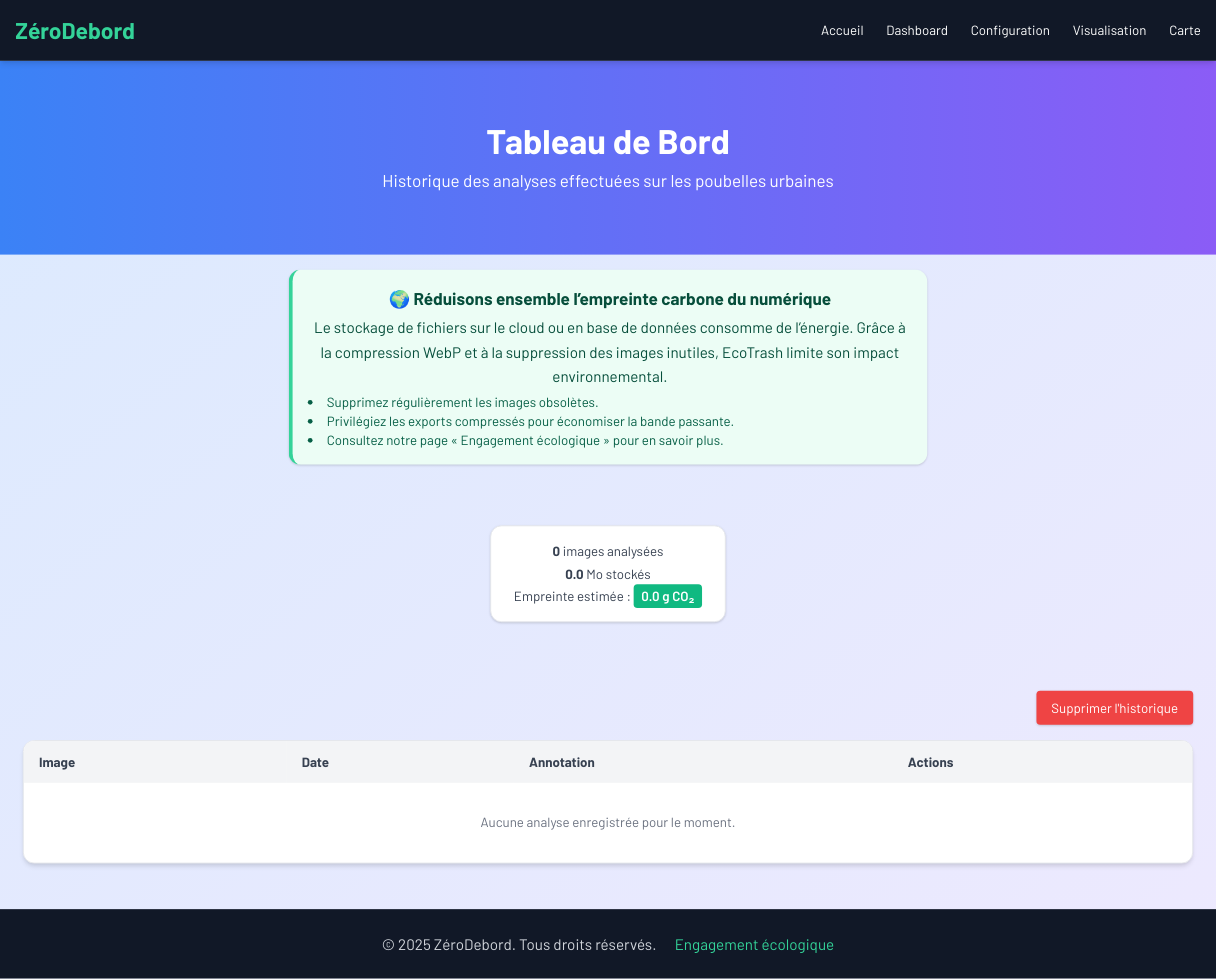
Repository: BaptGBM/MASTERCAMP
Page: http://localhost/dashboard
These files come from the project's save history. The page is drawn as it stood at one moment and after the next save; the edit follows.
The browser window is 1280 px wide. The pictures show the whole page, at 95% of full size.
The page is served by the project's application, run on Flask 3 (app.py). Other server files are loaded and not shown. Queries for data that is not in the repository find no rows.

Above is the page before, as saved 2025-07-08 23:32:43.

### templates/dashboard.html
<!DOCTYPE html>
<html lang="fr">
<head>
  <meta charset="UTF-8" />
  <meta name="viewport" content="width=device-width, initial-scale=1.0" />
  <title>ZéroDebord - Dashboard</title>
  <link href="https://fonts.googleapis.com/css2?family=Barlow:wght@300;400;500;600;700&display=swap" rel="stylesheet">
  <link href="https://cdn.jsdelivr.net/npm/tailwindcss@2.2.19/dist/tailwind.min.css" rel="stylesheet">
  <link rel="stylesheet" href="{{ url_for('static', filename='style.css') }}">
  <style>
    body {
      font-family: 'Barlow', -apple-system, BlinkMacSystemFont, 'Segoe UI', Roboto, sans-serif;
    }
  </style>
</head>
<body class="bg-gradient-to-br from-blue-100 to-purple-100 min-h-screen flex flex-col">

  <!-- HEADER -->
  <header class="bg-gray-900 text-white py-4 shadow-md sticky top-0 z-50">
    <div class="container mx-auto px-4 flex justify-between items-center">
      <a href="{{ url_for('index') }}" class="text-2xl font-bold text-green-400 hover:text-green-300 transition-colors duration-200 no-underline">ZéroDebord</a>
      <nav>
        <ul class="flex gap-6 text-sm">
          <li><a href="{{ url_for('index') }}"  class="hover:underline">Accueil</a></li>
          <a href="{{ url_for('dashboard') }}" class="hover:underline">Dashboard</a>
          <li><a href="{{ url_for('config') }}" class="hover:underline">Configuration</a></li>
          <li><a href="{{ url_for('visualisation') }}" class="hover:underline">Visualisation</a></li>
          <li><a href="{{ url_for('map_view') }}" class="hover:underline">Carte</a></li>


        </ul>
      </nav>
    </div>
  </header>

  <!-- TITRE -->
  <section class="py-16 text-center bg-gradient-to-r from-blue-500 to-purple-500 text-white">
    <h2 class="text-4xl font-bold mb-2">Tableau de Bord</h2>
    <p class="text-lg">Historique des analyses effectuées sur les poubelles urbaines</p>
  </section>

  <section class="py-4 text-center">
    <div class="max-w-2xl mx-auto bg-green-50 border-l-4 border-green-400 text-green-900 p-4 rounded-xl shadow mb-6">
      <h3 class="font-bold text-lg mb-1">🌍 Réduisons ensemble l’empreinte carbone du numérique</h3>
      <p class="mb-1">Le stockage de fichiers sur le cloud ou en base de données consomme de l’énergie. Grâce à la compression WebP et à la suppression des images inutiles, EcoTrash limite son impact environnemental.</p>
      <ul class="list-disc list-inside text-left text-green-800 text-sm">
        <li>Supprimez régulièrement les images obsolètes.</li>
        <li>Privilégiez les exports compressés pour économiser la bande passante.</li>
        <li>Consultez notre page « Engagement écologique » pour en savoir plus.</li>
      </ul>
    </div>
  </section>

<!-- INDICATEUR GREEN IT -->
<section class="text-center my-6">
  <div class="inline-block bg-white rounded-xl shadow px-6 py-4 text-sm text-gray-700 space-y-1 border">
    <p><strong>{{ nb_images }}</strong> images analysées</p>
    <p><strong>{{ volume_mb }}</strong> Mo stockés</p>
    <p>
      Empreinte estimée :
      <span class="font-semibold px-2 py-1 rounded text-white
        {% if co2 < 20 %} bg-green-500
        {% elif co2 < 50 %} bg-yellow-500
        {% else %} bg-red-500
        {% endif %}">
        {{ co2 }} g CO₂
      </span>
    </p>
  </div>
</section>



  <!-- TABLEAU -->
  <main class="container mx-auto px-6 py-12 flex-grow">
    <div class="flex justify-end mb-4">
      <form method="POST" action="{{ url_for('clear_history') }}">
        <button type="submit" class="bg-red-500 hover:bg-red-600 text-white px-4 py-2 text-sm rounded shadow">
           Supprimer l'historique
        </button>
      </form>
    </div>
    <div class="overflow-x-auto bg-white rounded-xl shadow-md border">
      <table class="min-w-full table-auto text-sm text-left">
        <thead class="bg-gray-100 text-gray-700 font-semibold">
          <tr>
            <th class="px-4 py-3">Image</th>
            <th class="px-4 py-3">Date</th>
            <th class="px-4 py-3">Annotation</th>
            <th class="px-4 py-3">Actions</th>
          </tr>
        </thead>
        <tbody class="text-gray-600">
          {% if images.items %}
            {% for image in images.items %}
              <tr class="border-t hover:bg-gray-50">
                <td class="px-4 py-2">
                  <img src="{{ url_for('static', filename='uploads/' + image.filename) }}" alt="img" class="w-16 h-16 object-contain rounded shadow" loading="lazy">
                </td>
                <td class="px-4 py-2">{{ image.date_uploaded.strftime('%d/%m/%Y %H:%M') }}</td>
                <td class="px-4 py-2">
                  <span class="px-2 py-1 rounded text-white {% if image.annotation == 'pleine' %} bg-red-500 {% else %} bg-green-500 {% endif %}">
                    {{ image.annotation | capitalize }}
                  </span>
                </td>
                <td class="px-4 py-2 space-x-2">
                  <a href="{{ url_for('annotate', image_id=image.id, label='pleine') }}" class="text-sm bg-red-100 text-red-600 px-2 py-1 rounded">Pleine</a>
                  <a href="{{ url_for('annotate', image_id=image.id, label='vide') }}" class="text-sm bg-green-100 text-green-600 px-2 py-1 rounded">Vide</a>
                </td>
              </tr>
            {% endfor %}
          {% else %}
            <tr>
              <td colspan="4" class="text-center text-gray-500 px-4 py-8">
                Aucune analyse enregistrée pour le moment.
              </td>
            </tr>
          {% endif %}
        </tbody>
      </table>
    </div>
    {% if images.pages > 1 %}
    <div class="flex justify-center mt-6 gap-1 flex-wrap">
      {% set page_range = [] %}
      {% if images.pages <= 7 %}
        {% set page_range = range(1, images.pages+1) %}
      {% else %}
        {% set page_range = [1, 2] %}
        {% if images.page > 4 %}
          {% set _ = page_range.append('...') %}
        {% endif %}
        {% for p in range(images.page-1, images.page+2) %}
          {% if 2 < p < images.pages-1 %}
            {% set _ = page_range.append(p) %}
          {% endif %}
        {% endfor %}
        {% if images.page < images.pages-3 %}
          {% set _ = page_range.append('...') %}
        {% endif %}
        {% set _ = page_range.extend([images.pages-1, images.pages]) %}
      {% endif %}
      {% if images.has_prev %}
        <a href="{{ url_for('dashboard', page=images.prev_num) }}" class="px-3 py-1 rounded-full bg-gray-200 hover:bg-blue-200 focus:ring-2 focus:ring-blue-400 transition">&laquo;</a>
      {% endif %}
      {% for p in page_range %}
        {% if p == '...' %}
          <span class="px-3 py-1 text-gray-400">...</span>
        {% else %}
          <a href="{{ url_for('dashboard', page=p) }}" class="px-3 py-1 rounded-full mx-0.5 {{ 'bg-blue-600 text-white font-bold shadow' if p==images.page else 'bg-gray-100 hover:bg-blue-100 text-gray-700' }} focus:ring-2 focus:ring-blue-400 transition">{{ p }}</a>
        {% endif %}
      {% endfor %}
      {% if images.has_next %}
        <a href="{{ url_for('dashboard', page=images.next_num) }}" class="px-3 py-1 rounded-full bg-gray-200 hover:bg-blue-200 focus:ring-2 focus:ring-blue-400 transition">&raquo;</a>
      {% endif %}
    </div>
    {% endif %}
  </main>

  <!-- FOOTER -->
  <footer class="bg-gray-900 text-gray-300 py-6 text-center">
    <p>&copy; 2025 ZéroDebord. Tous droits réservés.
      <a href="{{ url_for('engagement') }}" class="text-green-400 hover:underline ml-4">Engagement écologique</a>
    </p>
  </footer>
</body>
</html>

### static/style.css
/* Police Apple - SF Pro Display pour un design Apple */

/* Variables CSS pour la palette écologique moderne */
:root {
  /* Couleurs principales - palette écologique */
  --primary-green: #059669;      /* Vert émeraude principal */
  --primary-green-light: #10b981; /* Vert émeraude clair */
  --primary-green-dark: #047857;  /* Vert émeraude foncé */

  /* Couleurs secondaires - tons naturels */
  --secondary-blue: #0ea5e9;     /* Bleu ciel */
  --secondary-blue-light: #38bdf8; /* Bleu ciel clair */
  --secondary-blue-dark: #0284c7;  /* Bleu ciel foncé */

  /* Couleurs d'accent - terre et nature */
  --accent-orange: #f59e0b;      /* Orange terre */
  --accent-brown: #92400e;       /* Brun terre */
  --accent-sage: #6b7280;        /* Gris sauge */

  /* Couleurs de statut */
  --success-green: #22c55e;      /* Vert succès */
  --warning-amber: #f59e0b;      /* Ambre avertissement */
  --error-red: #ef4444;          /* Rouge erreur */

  /* Couleurs neutres modernes */
  --neutral-50: #fafaf9;
  --neutral-100: #f5f5f4;
  --neutral-200: #e7e5e4;
  --neutral-300: #d6d3d1;
  --neutral-400: #a8a29e;
  --neutral-500: #78716c;
  --neutral-600: #57534e;
  --neutral-700: #44403c;
  --neutral-800: #292524;
  --neutral-900: #1c1917;

  /* Gradients écologiques */
  --gradient-primary: linear-gradient(135deg, var(--primary-green) 0%, var(--secondary-blue) 100%);
  --gradient-secondary: linear-gradient(135deg, var(--neutral-50) 0%, var(--neutral-100) 100%);
  --gradient-hero: linear-gradient(135deg, var(--primary-green) 0%, var(--secondary-blue) 50%, var(--accent-orange) 100%);

  /* Ombres modernes */
  --shadow-sm: 0 1px 2px 0 rgba(0, 0, 0, 0.05);
  --shadow-md: 0 4px 6px -1px rgba(0, 0, 0, 0.1), 0 2px 4px -1px rgba(0, 0, 0, 0.06);
  --shadow-lg: 0 10px 15px -3px rgba(0, 0, 0, 0.1), 0 4px 6px -2px rgba(0, 0, 0, 0.05);
  --shadow-xl: 0 20px 25px -5px rgba(0, 0, 0, 0.1), 0 10px 10px -5px rgba(0, 0, 0, 0.04);

  /* Rayons de bordure */
  --radius-sm: 0.375rem;
  --radius-md: 0.5rem;
  --radius-lg: 0.75rem;
  --radius-xl: 1rem;
  --radius-2xl: 1.5rem;
}

/* Application de la police Barlow */
@import url('https://fonts.googleapis.com/css2?family=Barlow:wght@300;400;500;600;700&display=swap');

* {
  font-family: 'Barlow', -apple-system, BlinkMacSystemFont, 'Segoe UI', Roboto, sans-serif !important;
  font-feature-settings: 'kern' 1, 'liga' 1;
  text-rendering: optimizeLegibility;
  -webkit-font-smoothing: antialiased;
  -moz-osx-font-smoothing: grayscale;
}

/* Force Barlow sur tous les éléments */
body, html, h1, h2, h3, h4, h5, h6, p, span, div, a, button, input, select, textarea, label, th, td, li, ul, ol {
  font-family: 'Barlow', -apple-system, BlinkMacSystemFont, 'Segoe UI', Roboto, sans-serif !important;
}

/* Surcharge spécifique pour Tailwind CSS */
.text-xs, .text-sm, .text-base, .text-lg, .text-xl, .text-2xl, .text-3xl, .text-4xl, .text-5xl, .text-6xl {
  font-family: 'Barlow', -apple-system, BlinkMacSystemFont, 'Segoe UI', Roboto, sans-serif !important;
}

.font-thin, .font-extralight, .font-light, .font-normal, .font-medium, .font-semibold, .font-bold, .font-extrabold, .font-black {
  font-family: 'Barlow', -apple-system, BlinkMacSystemFont, 'Segoe UI', Roboto, sans-serif !important;
}

/* Styles de base modernisés */
body {
  background: var(--gradient-secondary);
  color: var(--neutral-700);
  line-height: 1.6;
  font-weight: 400;
}

/* Header moderne */
.modern-header {
  background: var(--neutral-900);
  backdrop-filter: blur(10px);
  border-bottom: 1px solid var(--neutral-800);
}

.modern-header h1 {
  color: var(--primary-green-light);
  font-weight: 700;
  letter-spacing: -0.025em;
}

.modern-header nav a {
  color: var(--neutral-300);
  font-weight: 500;
  transition: all 0.2s ease;
}

.modern-header nav a:hover {
  color: var(--primary-green-light);
  text-decoration: none;
}

/* Section hero moderne */
.modern-hero {
  background: var(--gradient-hero);
  position: relative;
  overflow: hidden;
}

.modern-hero::before {
  content: '';
  position: absolute;
  top: 0;
  left: 0;
  right: 0;
  bottom: 0;
  background: url('data:[embedded picture, 296 characters]');
  opacity: 0.3;
}

.modern-hero h2 {
  font-weight: 800;
  letter-spacing: -0.025em;
  text-shadow: 0 2px 4px rgba(0, 0, 0, 0.1);
}

.modern-hero p {
  font-weight: 500;
  opacity: 0.9;
}

/* Cartes modernes */
.modern-card {
  background: white;
  border-radius: var(--radius-xl);
  box-shadow: var(--shadow-lg);
  border: 1px solid var(--neutral-200);
  transition: all 0.3s ease;
}

.modern-card:hover {
  box-shadow: var(--shadow-xl);
  transform: translateY(-2px);
}

/* Boutons modernes */
.modern-btn {
  font-weight: 600;
  border-radius: var(--radius-lg);
  transition: all 0.2s ease;
  border: none;
  cursor: pointer;
  display: inline-flex;
  align-items: center;
  gap: 0.5rem;
}

.modern-btn-primary {
  background: var(--primary-green);
  color: white;
  box-shadow: var(--shadow-md);
}

.modern-btn-primary:hover {
  background: var(--primary-green-dark);
  box-shadow: var(--shadow-lg);
  transform: translateY(-1px);
}

.modern-btn-secondary {
  background: var(--secondary-blue);
  color: white;
  box-shadow: var(--shadow-md);
}

.modern-btn-secondary:hover {
  background: var(--secondary-blue-dark);
  box-shadow: var(--shadow-lg);
  transform: translateY(-1px);
}

.modern-btn-success {
  background: var(--success-green);
  color: white;
}

.modern-btn-success:hover {
  background: #16a34a;
}

.modern-btn-warning {
  background: var(--warning-amber);
  color: white;
}

.modern-btn-warning:hover {
  background: #d97706;
}

.modern-btn-error {
  background: var(--error-red);
  color: white;
}

.modern-btn-error:hover {
  background: #dc2626;
}

/* Badges de statut modernes */
.modern-badge {
  font-weight: 600;
  font-size: 0.875rem;
  padding: 0.375rem 0.75rem;
  border-radius: var(--radius-md);
  display: inline-flex;
  align-items: center;
  gap: 0.25rem;
}

.modern-badge-full {
  background: #fef2f2;
  color: var(--error-red);
  border: 1px solid #fecaca;
}

.modern-badge-empty {
  background: #f0fdf4;
  color: var(--success-green);
  border: 1px solid #bbf7d0;
}

/* Formulaires modernes */
.modern-input {
  border: 2px solid var(--neutral-200);
  border-radius: var(--radius-lg);
  padding: 0.75rem 1rem;
  font-weight: 500;
  transition: all 0.2s ease;
  background: white;
}

.modern-input:focus {
  outline: none;
  border-color: var(--primary-green);
  box-shadow: 0 0 0 3px rgba(5, 150, 105, 0.1);
}

.modern-select {
  border: 2px solid var(--neutral-200);
  border-radius: var(--radius-lg);
  padding: 0.75rem 1rem;
  font-weight: 500;
  background: white;
  cursor: pointer;
}

.modern-select:focus {
  outline: none;
  border-color: var(--primary-green);
  box-shadow: 0 0 0 3px rgba(5, 150, 105, 0.1);
}

/* Tableaux modernes */
.modern-table {
  background: white;
  border-radius: var(--radius-xl);
  overflow: hidden;
  box-shadow: var(--shadow-lg);
  border: 1px solid var(--neutral-200);
}

.modern-table thead {
  background: var(--neutral-50);
}

.modern-table th {
  font-weight: 600;
  color: var(--neutral-700);
  padding: 1rem;
  text-align: left;
}

.modern-table td {
  padding: 1rem;
  border-top: 1px solid var(--neutral-200);
}

.modern-table tbody tr:hover {
  background: var(--neutral-50);
}

/* Footer moderne */
.modern-footer {
  background: var(--neutral-900);
  color: var(--neutral-400);
  font-weight: 500;
}

/* Animations et transitions */
.fade-in {
  animation: fadeIn 0.6s ease-out;
}

@keyframes fadeIn {
  from {
    opacity: 0;
    transform: translateY(20px);
  }
  to {
    opacity: 1;
    transform: translateY(0);
  }
}

.slide-up {
  animation: slideUp 0.6s ease-out;
}

@keyframes slideUp {
  from {
    opacity: 0;
    transform: translateY(30px);
  }
  to {
    opacity: 1;
    transform: translateY(0);
  }
}

/* Indicateurs écologiques */
.eco-indicator {
  background: var(--gradient-primary);
  color: white;
  border-radius: var(--radius-xl);
  padding: 1.5rem;
  text-align: center;
  box-shadow: var(--shadow-lg);
}

.eco-indicator h3 {
  font-weight: 700;
  margin-bottom: 0.5rem;
}

.eco-indicator p {
  font-weight: 500;
  opacity: 0.9;
}

/* Responsive design amélioré */
@media (max-width: 768px) {
  .modern-hero h2 {
    font-size: 2rem;
  }

  .modern-card {
    margin: 1rem;
  }

  .modern-header nav {
    flex-direction: column;
    gap: 0.5rem;
  }
}

/* Accessibilité améliorée */
@media (prefers-reduced-motion: reduce) {
  * {
    animation-duration: 0.01ms !important;
    animation-iteration-count: 1 !important;
    transition-duration: 0.01ms !important;
  }
}

/* Mode sombre (optionnel) */
@media (prefers-color-scheme: dark) {
  :root {
    --neutral-50: #1c1917;
    --neutral-100: #292524;
    --neutral-200: #44403c;
  }
}

Loaded but not shown: app.py (586 lines, source omitted)

After the next save:
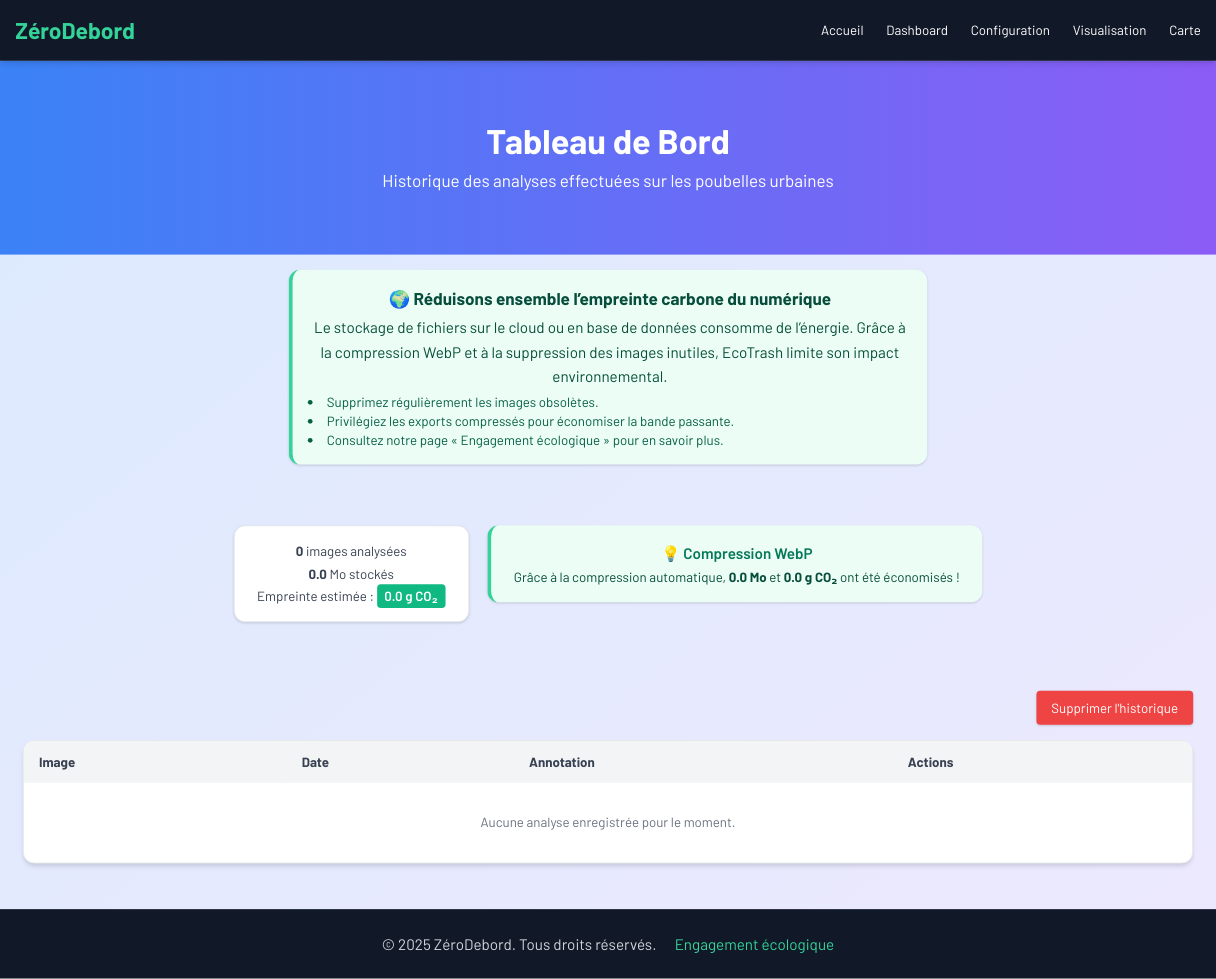
Saved 9 s later.
--- a/templates/dashboard.html
+++ b/templates/dashboard.html
@@ -66,6 +66,10 @@
         {{ co2 }} g CO₂
       </span>
     </p>
+  </div>
+  <div class="inline-block bg-green-50 border-l-4 border-green-400 text-green-900 rounded-xl shadow px-6 py-4 ml-4 align-top">
+    <p class="font-semibold text-green-700 mb-1">💡 Compression WebP</p>
+    <p class="text-sm">Grâce à la compression automatique, <span class="font-bold">{{ gain_mb }} Mo</span> et <span class="font-bold">{{ gain_co2 }} g CO₂</span> ont été économisés&nbsp;!</p>
   </div>
 </section>
 
